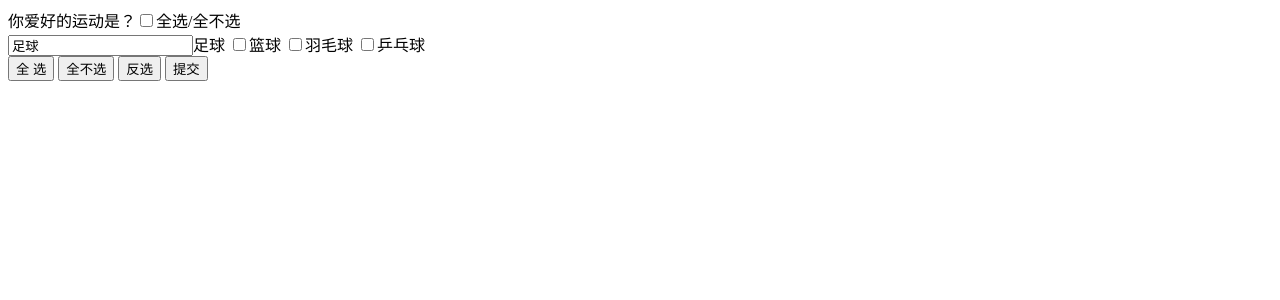
Repository: smilebingbing/java
Page: day_1/WebContent/dom8.html
The author's editor kept a copy of each file at every save. The page is drawn from the files as they stood at one save, then again after the next save.
The browser window is 1280 px wide. The pictures show the whole page.

Above is the page before, as saved 2016-10-14 09:09:57.

After the next save:
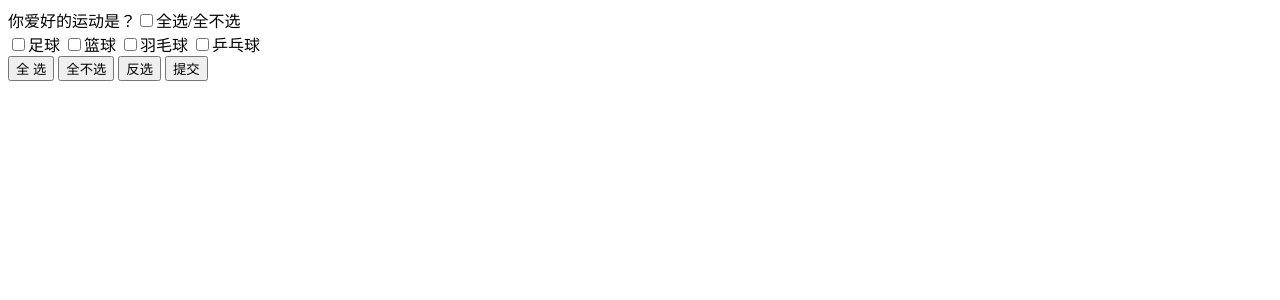
Saved 41 s later.
--- a/day_1/WebContent/dom8.html
+++ b/day_1/WebContent/dom8.html
@@ -18,8 +18,7 @@
     <form method="post" action="">
     你爱好的运动是？<input type="checkbox" id="checkedAll_2" />全选/全不选
 
-    <br /><input
-          type="checkboc" name="items" value="足球" />足球
+    <br /><input type="checkbox" name="items" value="足球" />足球
           <input type="checkbox" name="items" value="篮球" />篮球
           <input type="checkbox" name="items" value="羽毛球" />羽毛球
           <input type="checkbox" name="items" value="乒乓球" />乒乓球
